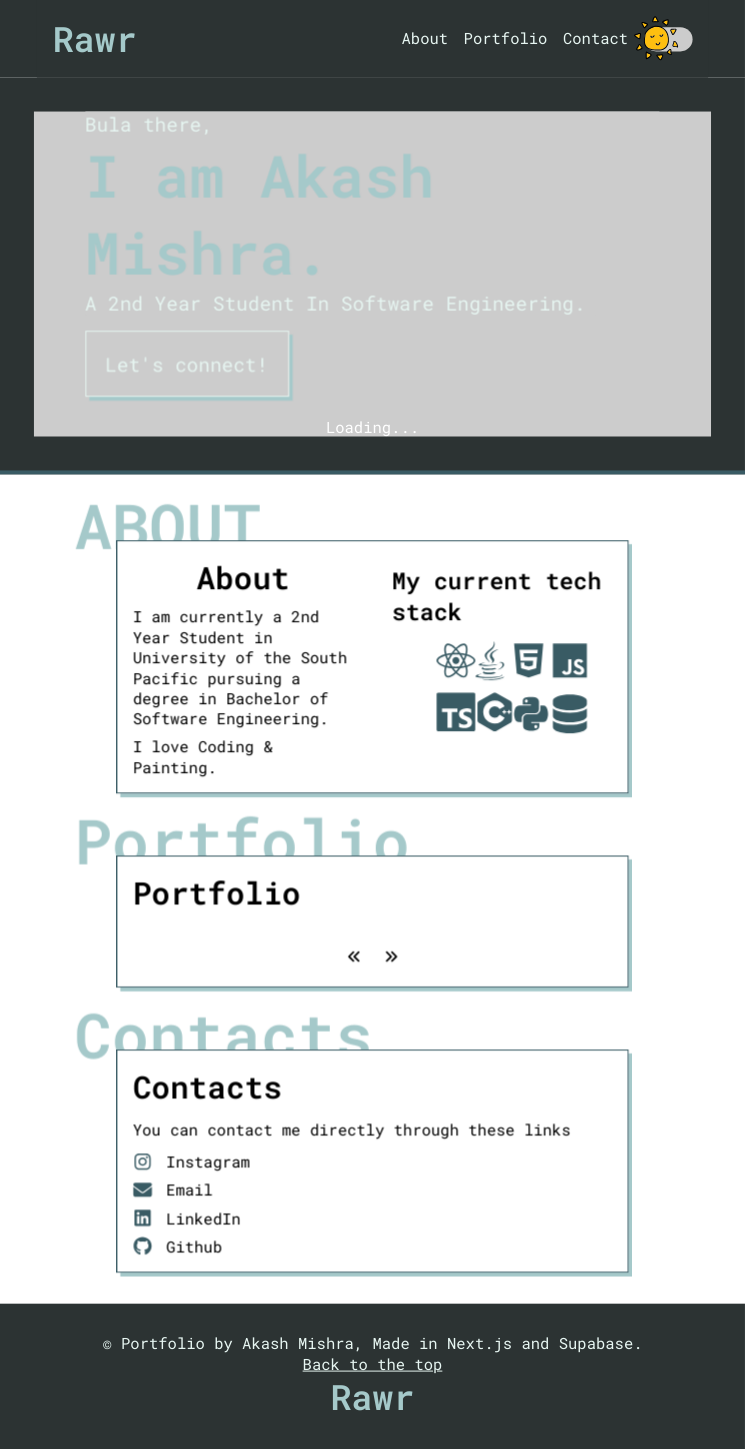
Repository: akashrawr/personal-portfolio
Page: /
An editor plug-in stored every save of this project. The page is shown before and after the next save, followed by the edit.
The browser window is 768 px wide. The pictures show the whole page, at 97% of full size.
The page's requests for data from a server got no answer. The project was rebuilt for these pictures with package versions that can differ from the ones it lists, and the page was loaded fresh each time. The framework's server and built-in components were replaced by stand-ins that run in the browser. No one was signed in, and anything a server would have sent is missing. Also part of the build but not shown: next.config.ts.

Above is the page before, as saved 2025-01-03 20:50:54.

### app/layout.tsx
import type { Metadata } from "next";
import { Geist, Geist_Mono } from "next/font/google";
import "./globals.css";

const geistSans = Geist({
  variable: "--font-geist-sans",
  subsets: ["latin"],
});

const geistMono = Geist_Mono({
  variable: "--font-geist-mono",
  subsets: ["latin"],
});

export const metadata: Metadata = {
  title: "akashrawr",
  description: "Personal Portfolio",
};

export default function RootLayout({
  children,
}: Readonly<{
  children: React.ReactNode;
}>) {
  return (
    <html lang="en" translate="no"> {/* Prevent translation of the entire page */}
      <head>
        <meta charSet="UTF-8" />
        <meta httpEquiv="Content-Language" content="en" /> {/* Explicitly set content language */}
        <meta name="google" content="notranslate" /> {/* Inform Google to not translate */}
        <link rel="icon" href="/rawr.ico" type="image/x-icon" />
        <title>akashrawr</title>
        <meta name="description" content="My Personal Portfolio" />
      </head>
      <body className={`${geistSans.variable} ${geistMono.variable} antialiased`}>
        <div className="notranslate">
          {children}
        </div>
      </body>
    </html>
  );
}

### app/page.tsx
"use client"; // Enables client-side functionality
import React, { useState, useEffect } from "react";
import AOS from "aos";
import "aos/dist/aos.css";
import "./globals.css"; // Import global styles

// Import components
import Header from "./components/Header";
import Hero from "./components/Hero";
import About from "./components/About";
import Portfolio from "./components/Portfolio";
import Contact from "./components/Contact";
import Footer from "./components/Footer";

const Page: React.FC = () => {
  useEffect(() => {
    AOS.init({ once: true, delay: 0 });
  }, []);

  const [isNavVisible, setIsNavVisible] = useState(false);
  const [darkMode, setDarkMode] = useState(false);

  const toggleNav = () => {
    setIsNavVisible(!isNavVisible);
  };

  const toggleDarkMode = () => {
    setDarkMode(!darkMode);
    document.body.classList.toggle("dark-mode", !darkMode);
  };

  return (
    <div>
      <Header
        isNavVisible={isNavVisible}
        toggleNav={toggleNav}
        darkMode={darkMode}
        toggleDarkMode={toggleDarkMode}
      />
      <main>
        <Hero />
        <About />
        <Portfolio />
        <Contact />
      </main>
      <Footer />
    </div>
  );
};

export default Page;

### app/globals.css
@import url("https://fonts.googleapis.com/css2?family=Roboto+Mono:wght@300;400;600&display=swap");

:root {
  --primary-color: #2c3333;
  --secondary-color: #395b64;
  --accent-1: #a5c9ca;
  --accent-2: #e7f6f2;
  --neutral-1: black;
  --neutral-2: white;
  --neutral-3: white;
  --neutral-4: black;
  --icon-1: #395b64;

  --dark-primary-color: #121212;
  --dark-secondary-color: #1f1f1f;
  --dark-accent-1: #6c757d;
  --dark-accent-2: #adb5bd;
  --dark-neutral-1: #ffffff;
  --dark-neutral-2: #121212;
  --dark-neutral-3:#1f1f1f;
  --dark-neutral-4: #938f8f;
  --dark-icon-1: #938f8f;

}

*,
*::after,
*::before {
  margin: 0;
  padding: 0;
  font-family: "Roboto Mono", monospace;
  box-sizing: border-box;


}

html {
  scroll-behavior: smooth;
}

body {
  overflow-x: hidden;
  background-color: var(--neutral-3);
  color: var(--neutral-1);
  font-family: "Roboto Mono", monospace;
}

body.dark-mode {
  --primary-color: var(--dark-primary-color);
  --secondary-color: var(--dark-secondary-color);
  --accent-1: var(--dark-accent-1);
  --accent-2: var(--dark-accent-2);
  --neutral-1: var(--dark-neutral-1);
  --neutral-2: var(--dark-neutral-2);
  --neutral-3: var(--dark-neutral-3);
  --neutral-4: var(--dark-neutral-4);
  --icon-1:var(--dark-icon-1);
}


/* Navbar styles */

header {
  display: flex;
  align-items: center;
  justify-content: center;

  max-width: 100vw;
  background-color: var(--primary-color);
}

a {
  font-size: 14px;
  text-decoration: none;
}

h1 {
  font-family: "Roboto Mono", monospace;
}

.navbar-nav {
  display: flex;
  align-items: center;
  justify-content: space-between;
  background-color: var(--primary-color);
  padding: 1rem;
  width: 90%;
}

.nav-logo {
  grid-column: 1;
}

.nav-logo > h1 {
  font-size: 30px;
  color: var(--accent-1);
}

.primary-nav {
  display: flex;
  list-style: none;
  gap: 16px;

  grid-column: 2;
  justify-self: end;
}

.mobile-nav-toggle {
  display: none;
  cursor: pointer;
}

.nav-link:link,
.nav-link:visited {
  font-size: 16px;
  color: var(--accent-2);

  transition: 300ms ease-in-out;
}

.nav-link:hover {
  font-weight: 600;
  color: var(--accent-1);
}

.user-icon {
  width: 24px;
  height: 24px;
  fill: var(--accent-1);
  transition: fill 0.3s ease;
}

.user-icon:hover {
  fill: var(--accent-1);
}

/* Dark mode toggle button */
.theme-toggle {
  background: none;
  border: none;
  cursor: pointer;
  padding: 8px;
  display: flex;
  align-items: center;
}

.nav-icons {
  --size: 30px;
  width: var(--size);
  aspect-ratio: 1;
  cursor: pointer;
}



@media only screen and (max-width: 35em) {
  .primary-nav {
    position: fixed;
    top: 0;
    right: 0;
    bottom: 0;
    width: 125px;

    flex-direction: column;
    padding: min(15vh, 3rem) 1rem;
    background-color: var(--primary-color);
    border-left: 2px solid rgb(111, 111, 111); /* Add this line for the left border */

    z-index: 9999;

    transform: translateX(100%);
    transition: transform 350ms ease-out;
  }


  .nav-link:link,
  .nav-link:visited {
    font-size: 15px;
    color: var(--accent-1);
  }

  .primary-nav[data-visible="true"] {
    transform: translateX(0%);
  }

  .mobile-nav-toggle[aria-expanded="true"] {
    background: url('data:[embedded picture, 416 characters]') center center no-repeat;
  }

  .mobile-nav-toggle {
    display: block;
    position: absolute;
    background: url('data:[embedded picture, 417 characters]') center center no-repeat;

    width: 1.25rem;
    aspect-ratio: 1;

    border: none;

    top: 1.4rem;
    right: 2.5rem;
    z-index: 10000;

    transition: 250ms ease-in-out;
  }
}

/* Section styles */

section {
  display: flex;
  align-items: center;
  justify-content: center;

  max-width: 100vw;
  position: relative;
}

/* HERO SECTION */
#hero {
  background-color: var(--primary-color);
  border-bottom: 4px solid var(--icon-1);
  padding: 2.2rem;
}

/* Main container for text and image */
.hero-main-container {
  display: flex;
  flex-wrap: wrap;
  align-items: center;
  justify-content: space-between;
  gap: 16px;
}

/* Text Container */
.hero-container {
  flex: 1;
  display: flex;
  flex-direction: column;
  gap: 16px;
  padding: 2.2rem;
  width: 90%;
  height: 350px;
  animation: fade-in 500ms linear forwards;
}

.hero-text-container > h2 {
  font-size: 28px;
  color: var(--accent-1);
}

.hero-text-container > p {
  font-size: 12px;
  color: var(--accent-2);
}

.hero-button {
  align-self: flex-start;

  font-size: 14px;
  padding: 1em;

  color: var(--accent-2);
  background-color: transparent;

  border: 1px solid var(--accent-2);
  box-shadow: 4px 4px 0px var(--accent-1);

  transition: 300ms ease-in-out;
}

.hero-button:hover {
  background-color: var(--accent-2);
  color: var(--primary-color);
  box-shadow: 6px 6px 0px var(--secondary-color);
}

/* Image Container */
.hero-img {
  flex: 1;
  display: flex;
  justify-content: center;
  align-items: center;
}

.hero-image {
  max-width: 50%;
  height: auto;
  border-radius: 10px;
  box-shadow: 0 4px 8px rgba(0, 0, 0, 0.1);
  border: 1px solid var(--secondary-color);
  background-color: var(--neutral-2);
  box-shadow: 4px 4px 0px var(--accent-1);
}

.hero-img p{
color:white;
}


/* Responsive Styles */
@media screen and (max-width: 768px) {
  .hero-main-container {
    flex-direction: column;
    background-color:#ccc;
    padding: 0;
    width: 100%;
    gap: 0;
    margin: 0 auto; /* Optional: Center the container */
  }
  .hero-img {
    margin-top: 20px;
  }
  .hero-container, .hero-image {
    max-width: 85%;
    height: auto;
    padding: 0;
    margin: 0 auto;
  }
  .hero-text-container {
    text-align: left;
    background-color:#ccc;
    padding: 0;
    width: 100%;
    gap: 0;
    margin: 0 auto;
  }


}
.hero-text-container > h2 {
  font-size: 28px;
  color: var(--accent-1);
}
.hero-text-container > p {
  font-size: 12px;
}
.project-card > h3 {
  font-size: 12px;
  color: var(--secondary-color);
}

/* ABOUT */

#about {
  padding: 2rem;
  margin-top: 36px;
  animation: fade-in 500ms linear forwards;

}

.wave-asset {
  width: 100%;
  position: absolute;

  top: 0;
  left: 0;
}

.about-container {
  display: flex;
  align-items: center;
  justify-content: center;
  background-color: var(--neutral-2);
  width: 90%;
  z-index: 999;
}

.about-card,
.portfolio-card,
.contact-card {
  display: flex;
  flex-direction: column;
  gap: 16px;
  border: 1px solid var(--secondary-color);
  background-color: var(--neutral-2);

  width: 100%;
  padding: 1rem;

  box-shadow: 4px 4px 0px var(--accent-1);
}

.about-content,
.portfolio-content {
  width: 100%;
  display: flex;
  flex-direction: column;
  gap: 8px;
}

.about-content > h2,
.about-content > h3 {
  color: var(--neutral-4);
}

.about-content > p {
  font-size: 12px;
  color: var(--neutral-4);
}

.tech-stack-grid {
  width: 65%;
  display: grid;
  grid-template-columns: repeat(4, 1fr);
  place-items: center;
}

.tech-stack {
  --size: 30px;
  width: var(--size);
  aspect-ratio: 1;
}

/* Portfolio container */

#portfolio {
  padding: 2rem;
  animation: fade-in 500ms linear forwards;
}

.portfolio-container {
  width: 90%;
  z-index: 999;
}

.project-container {
  display: grid;
  grid-template-columns: repeat(2, 1fr);
  gap: 16px;
}

.portfolio-content > h2 {
  color: var(--neutral-4);
}

.project-card {
  display: flex;
  flex-direction: column;
  gap: 4px;

  padding: 1rem;
  border-radius: 8px;
  border: 1px solid var(--accent-1);
}

.project-card > h3 {
  color: var(--neutral-4);
}

.project-card > h5 {
  color: var(--neutral-4);
  opacity: 0.5;
}

.project-card > p {
  font-size: 12px;
  width: 100%;
  display: -webkit-box;
  -webkit-box-orient: vertical;
  -webkit-line-clamp: 3;
  overflow: hidden;
  color: var(--neutral-4);
}

.project-img {
  width: 100%;
  aspect-ratio: 16/9;
}

.project-card-links {
  align-self: flex-end;

  margin-top: 10px;
  display: flex;
  align-items: center;
  gap: 12px;
}

.project-icons {
  --size: 20px;
  width: var(--size);
  aspect-ratio: 1;
}

.project-card-links > a {
  display: flex;
  align-items: center;
  color: var(--neutral-4);
  font-size: 10px;
  gap: 4px;
}

.project-card-links > a:link,
.project-card-links > a:visited {

  color: var(--neutral-4);
}

.project-card-links > a:hover {
  font-weight: 600;
  color: var(--accent-1);
}

/* CONTACT */
#contact {
  padding: 2rem;
  animation: fade-in 500ms linear forwards;
}

.contact-container {
  width: 90%;
  z-index: 999;
}

.contact-card {
  width: 100%;
  gap: 12px;
}
.contact-card > h2 {
    color: var(--neutral-4);
}

.contact-card > p {
  font-size: 12px;
  color: var(--neutral-4);
}

.contact-links {
  display: flex;
  flex-direction: column;
  gap: 8px;
}

.contact-links > a {
  display: flex;
  align-items: center;
  gap: 8px;
}

.contact-links > a:link,
.contact-links > a:visited {
  color: var(--neutral-4);
}

.contact-links > a:hover {
  font-weight: 600;
  color: var(--accent-1);
}
.contact-icons {
  --size: 20px;
  width: var(--size);
  aspect-ratio: 1;
}

/* extras */
.section-highlight {
  font-size: 4rem;
  font-weight: 600;
  opacity: 0.5;
  color: var(--accent-1);

  position: absolute;
  top: 0;
  left: 100px;
}

/* footer */
footer {
  display: flex;
  align-items: center;
  justify-content: center;
  color: var(--accent-2);
  max-width: 100vw;
  background-color: var(--primary-color);
  min-height: 150px;
}

.footer-content {
  text-align: center;
  font-size: 12px;
  width: 90%;

  color: var(--accent-2);
}

.footer-content > p {
  text-decoration: underline;
}

.footer-content > a {
  text-decoration: underline;
}

.footer-content > a:link,
.footer-content > a:visited {
  color: var(--accent-2);
}

.footer-content > a:hover {
  color: var(--accent-1);
}
/* media queries */

@media only screen and (max-width: 35em) {
  .hero-container {
    padding: 1rem;
    height: 200px;
  }
  .project-container {
    grid-template-columns: 1fr;
  }
  .tech-stack-grid {
    width: 100%;
  }
  .section-highlight {
    font-size: 3.5rem;
    top: -16px;
    left: 6vw;
  }
}

@media only screen and (min-width: 35em) {
  .hero-container {
    height: 250px;
  }
  .about-container,
  .portfolio-container,
  .contact-container {
    width: 75%;
  }

  .about-card,
  .portfolio-card {
    align-items: center;
    justify-content: center;
    flex-direction: row;
    gap: 20px;
  }

  .section-highlight {
    top: -26px;
    left: 10vw;
  }
}

@media only screen and (min-width: 768px) {
  .nav-logo > h1 {
    font-size: 36px;
  }

  /* hero */
  .hero-container {
    height: 350px;
  }

  .hero-text-container > p {
    font-size: 20px;
  }

  .hero-text-container > h2 {
    font-size: 60px;
  }

  .hero-button {
    font-size: 20px;
  }

  /* about */
  .about-card {
    gap: 40px;
  }

  .about-content > h2 {
    font-size: 32px;
  }

  .about-content > h3 {
    font-size: 24px;
  }

  .about-content > p {
    font-size: 16px;
  }

  .tech-stack-section {
    align-self: flex-start;
    margin-top: 8px;
  }

  .tech-stack {
    --size: 40px;
    width: var(--size);
    aspect-ratio: 1;
  }

  /* portfolio */
  .portfolio-content > h2 {
    font-size: 32px;
  }

  .project-card > h3 {
    font-size: 24px;
  }

  .project-card > h5,
  .project-card > p {
    font-size: 16px;
  }

  .project-card-links > a {
    font-size: 16px;
  }

  /* contacts */
  .contact-card > h2 {
    font-size: 32px;
  }

  .contact-card > p {
    font-size: 16px;
  }

  .contact-links > a {
    font-size: 16px;
  }
  .footer-content,
  .footer-content > a {
    font-size: 16px;
  }
}

@media only screen and (min-width: 1024px) {
  .section-highlight {
    top: -26px;
    left: 10vw;
  }
}

@keyframes fade-in {
  0% {
    opacity: 0;
  }
  100% {
    opacity: 1;
  }
}

/* Adjust specific sections as needed for React-specific behaviors */
.primary-nav.visible {
  transform: translateX(0%);
}

/* The switch - the box around the slider */
.switch {
  position: relative;
  display: inline-block;
  width: 50px;
  height: 25px;
}

/* Hide default HTML checkbox */
.switch input {
  opacity: 0;
  width: 0;
  height: 0;
}

/* The slider */
.slider {
  position: absolute;
  cursor: pointer;
  top: 0;
  left: 0;
  right: 0;
  bottom: 0;
  background-color: #ccc;
  -webkit-transition: .4s;
  transition: .4s;
  border-radius: 25px; /* Rounded edges for the slider */
  display: flex;

  align-items: center;
}

/* Adjust the icon size to 48x48 pixels */
.slider .icon {
  position: absolute;
  width: 48px;
  height: 48px;
  transition: .4s;
}

/* When the input is checked (dark mode is on) */
input:checked + .slider {
  background-color: #3e4346; /* Change background color on check */
}

input:focus + .slider {
  box-shadow: 0 0 1px #2196F3;
}

/* Move the icons when the input is checked (dark mode) */
input:checked + .slider .icon {
  transform: translateX(20px); /* Move the icon to the right */
}

/* Default state (light mode) */
input:not(:checked) + .slider .icon {
  transform: translateX(-15px) translateY(-2px); /* Icon remains in the default position */
  width: 52px; /* Further reduced icon size for very small screens */
  height: 52px; /* Further reduced icon size for very small screens */
}

.about-icon {
  color: var(--icon-1); /* Change to any shade of blue you prefer */
  font-size: 3rem; /* Adjust size as needed */
  margin: 0.5rem;
}

.project-icons {
  margin-right: 0.5rem; /* Space between icon and text */
  font-size: 1.5rem; /* Adjust icon size */
  color: inherit; /* Match the color of the link */
}

.contact-icons {
  margin-right: 0.5rem; /* Space between icon and text */
  font-size: 1.5rem; /* Adjust icon size */
  color: var(--icon-1);
}

/* Responsive Adjustments */
@media (max-width: 768px) {
  .about-icon {
    font-size: 2.5rem; /* Slightly smaller on smaller devices */
    margin: 0.4rem;
  }

  .project-icons {
    font-size: 1.2rem; /* Smaller icon size on smaller screens */
    margin-right: 0.4rem;
  }

  .contact-icons {
    font-size: 1.2rem; /* Smaller icon size on smaller screens */
    margin-right: 0.4rem;
  }
}

@media (max-width: 480px) {
  .about-icon {
    font-size: 2rem; /* Even smaller on very small devices */
    margin: 0.3rem;
  }

  .project-icons {
    font-size: 1rem; /* Further reduced icon size for very small screens */
    margin-right: 0.3rem;
  }

  .contact-icons {
    font-size: 1rem; /* Further reduced icon size for very small screens */
    margin-right: 0.3rem;
  }
}

.pagination {
  display: flex;
  justify-content: center;
  align-items: center;
  margin-top: 1rem;
}

.pagination a {
  color: var(--neutral-4);
  padding: 8px 16px;
  text-decoration: none;
}

.pagination a.active {
  background-color: #395b64;
  color: white;
}

.pagination a:disabled {
  color: grey;
  pointer-events: none;
}

/* Responsive Adjustments */
@media (max-width: 768px) {
  .pagination a {
    padding: 6px 12px; /* Smaller padding for smaller screens */
    font-size: 0.9rem; /* Slightly smaller font size */
  }

  .pagination {
    margin-top: 0.75rem; /* Adjust margin top for smaller screens */
  }
}

@media (max-width: 480px) {
  .pagination a {
    padding: 4px 8px; /* Even smaller padding for very small screens */
    font-size: 0.8rem; /* Smaller font size for very small screens */
  }

  .pagination {
    margin-top: 0.5rem; /* Adjust margin top for very small screens */
  }
}

### app/components/Hero.tsx
import React, { useEffect, useState } from 'react';
import supabase from '../utils/supabaseClient';  // Adjust path if in 'utils'
import Image from 'next/image';  // Import Image from next/image

function Hero() {
  const [heroImage, setHeroImage] = useState<string | null>(null);

  useEffect(() => {
    const fetchHeroImage = async () => {
      const { data, error } = await supabase
        .from('hero')  // Table name is 'hero'
        .select('image_path')        // Only selecting 'image_path' column
        .limit(1);                   // Limiting to only one result (first row)

      if (error) {
        console.error('Error fetching hero image:', error);
      } else {
        setHeroImage(data?.[0]?.image_path || null);
      }
    };

    fetchHeroImage();
  }, [supabase]); // Including 'supabase' as a dependency

  return (
    <section id="hero">
      <div className="hero-main-container">
        {/* Text and Button Container */}
        <div className="hero-container">
          <div className="hero-text-container" data-aos="fade-up">
            <p>Bula there,</p>
            <h2>I am Akash Mishra.</h2>
            <p>A 2nd Year Student In Software Engineering.</p>
          </div>
          <a href="#contact" className="hero-button" data-aos="fade-up">
            Let&apos;s connect!
          </a>
        </div>

        {/* Image Container */}
        <div className="hero-img" data-aos="fade-up">
          {heroImage ? (
            <Image
              className="hero-image"
              src={heroImage}
              alt="Akash"
              layout="responsive"
              width={500}
              height={500}
            />
          ) : (
            <p>Loading...</p>
          )}
        </div>
      </div>
    </section>
  );
}

export default Hero;

### app/components/Contact.tsx
import React from "react";
import { FontAwesomeIcon } from "@fortawesome/react-fontawesome";
import { faInstagram, faGithub, faLinkedin } from "@fortawesome/free-brands-svg-icons";
import { faEnvelope } from "@fortawesome/free-solid-svg-icons";

const Contact: React.FC = () => {
  return (
    <section id="contact">
      <h2 className="section-highlight" data-aos="fade-up">
        Contacts
      </h2>
      <div className="contact-container" data-aos="fade-up">
        <div className="contact-card">
          <h2>Contacts</h2>
          <p>You can contact me directly through these links</p>

          <div className="contact-links">
            <a href="https://www.instagram.com/_acnologxa" className="contact-link">
              <FontAwesomeIcon icon={faInstagram} className="contact-icons" />
              Instagram
            </a>

            <a href="mailto:akashkm553@gmail.com" className="contact-link">
              <FontAwesomeIcon icon={faEnvelope} className="contact-icons" />
              Email
            </a>

            <a href="https://www.linkedin.com/in/akashmishra-rawr" className="contact-link">
              <FontAwesomeIcon icon={faLinkedin} className="contact-icons" />
              LinkedIn
            </a>

            <a href="https://github.com/akashrawr" className="contact-link">
              <FontAwesomeIcon icon={faGithub} className="contact-icons" />
              Github
            </a>
          </div>
        </div>
      </div>
    </section>
  );
};

export default Contact;

### app/components/Footer.tsx
import React from 'react';

const Footer: React.FC = () => {
  return (
    <footer>
      <div className="footer-content">
        © Portfolio by Akash Mishra, Made in Next.js and Supabase. <br />
        <a href="#hero">Back to the top</a>
        <div className="nav-logo">
          <h1>Rawr</h1>
        </div>
      </div>
    </footer>
  );
};

export default Footer;

### app/utils/supabaseClient.ts
import { createClient } from '@supabase/supabase-js';

// Fetch environment variables
const supabaseUrl = process.env.NEXT_PUBLIC_SUPABASE_URL || '';
const supabaseKey = process.env.NEXT_PUBLIC_SUPABASE_KEY || '';

// Initialize the Supabase client
const supabase = createClient(supabaseUrl, supabaseKey);

export default supabase;

Loaded but not shown: app/components/Header.tsx (89 lines, source omitted); app/components/Portfolio.tsx (139 lines, source omitted); app/components/About.tsx (59 lines, source omitted)

After the next save:
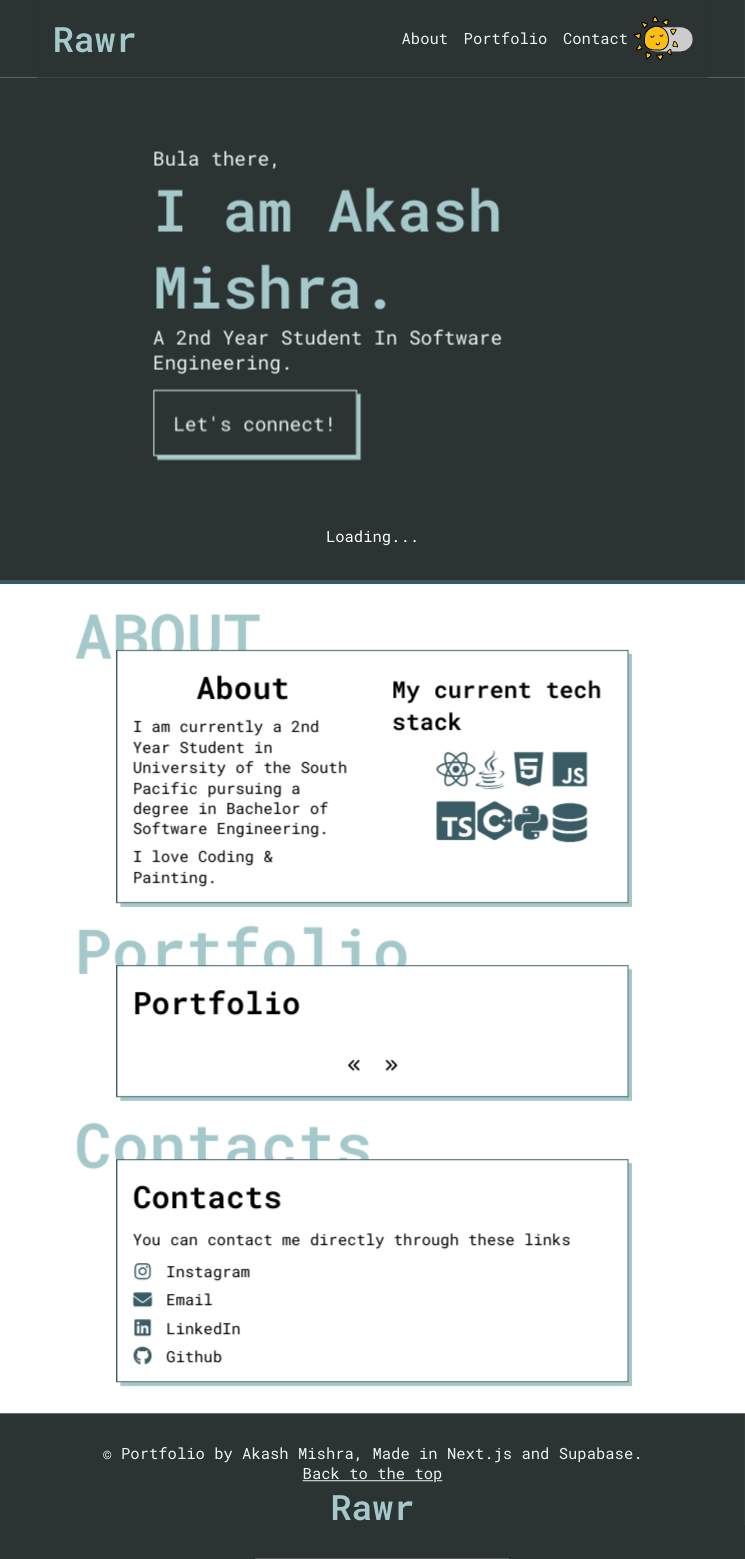
Saved 24 s later.
--- a/app/globals.css
+++ b/app/globals.css
@@ -302,38 +302,26 @@ color:white;
 @media screen and (max-width: 768px) {
   .hero-main-container {
     flex-direction: column;
-    background-color:#ccc;
-    padding: 0;
-    width: 100%;
-    gap: 0;
-    margin: 0 auto; /* Optional: Center the container */
   }
   .hero-img {
     margin-top: 20px;
   }
   .hero-container, .hero-image {
-    max-width: 85%;
+    max-width: 75%;
     height: auto;
-    padding: 0;
-    margin: 0 auto;
   }
   .hero-text-container {
     text-align: left;
-    background-color:#ccc;
-    padding: 0;
-    width: 100%;
-    gap: 0;
-    margin: 0 auto;
   }
 
 
 }
 .hero-text-container > h2 {
-  font-size: 28px;
+  font-size: 30px;
   color: var(--accent-1);
 }
 .hero-text-container > p {
-  font-size: 12px;
+  font-size: 16px;
 }
 .project-card > h3 {
   font-size: 12px;
